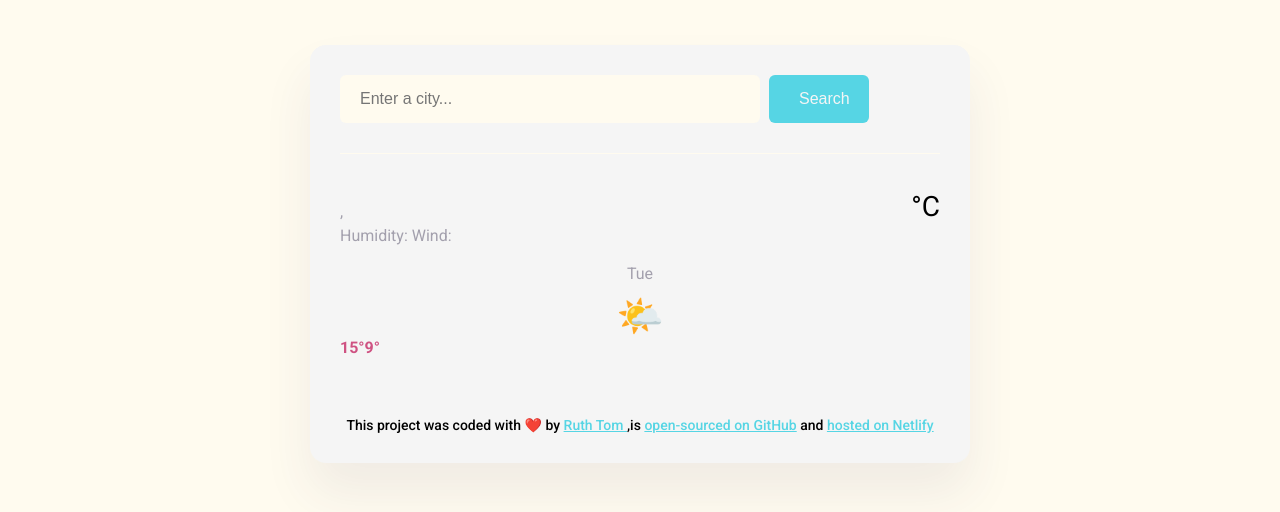
Repository: RuthTom711/Weatherly-App
Page: index.html
The author's editor kept a copy of each file at every save. The page is drawn from the files as they stood at one save, then again after a run of saves.
The browser window is 1280 px wide. The pictures show the whole page.
The page's requests for data from a server got no answer. Some web libraries are served in a nearby version.

Above is the page before, as saved 2025-11-13 14:57:23.
Console error (its wording comes from the project's code and is left out).

After the next 2 saves:
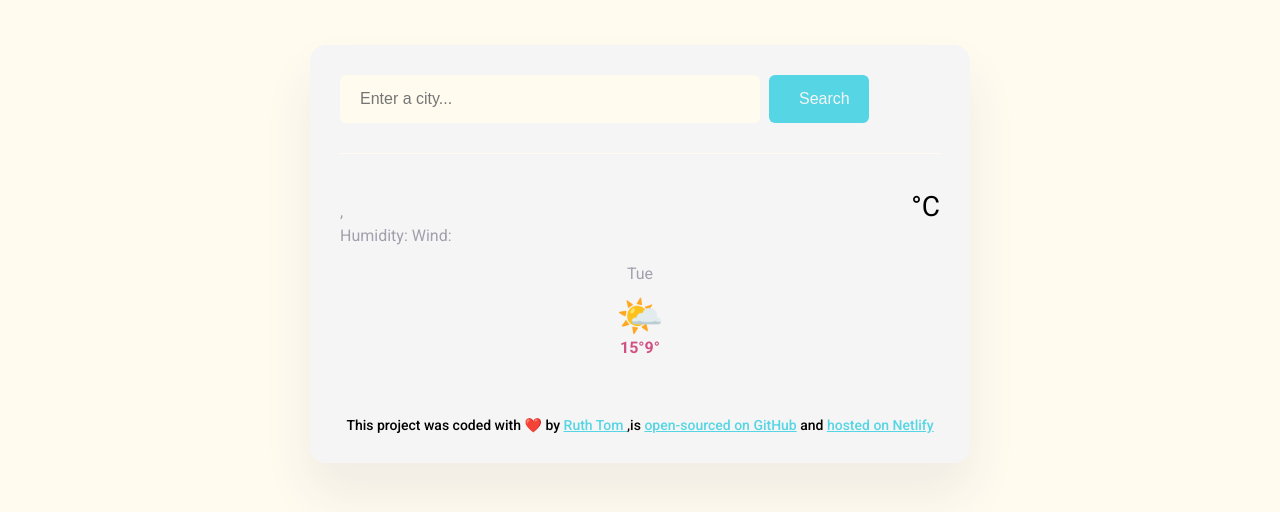
The 2 saves are shown as one change because they came seconds apart.
The last was saved 7 s later.
--- a/src/styles.css
+++ b/src/styles.css
@@ -105,8 +105,7 @@ main {
     text-align: center;
     color: #cf5282;
     display: flex;
-    justify-co
-    ntent: center;
+    justify-content: center;
 }
 
 footer {
